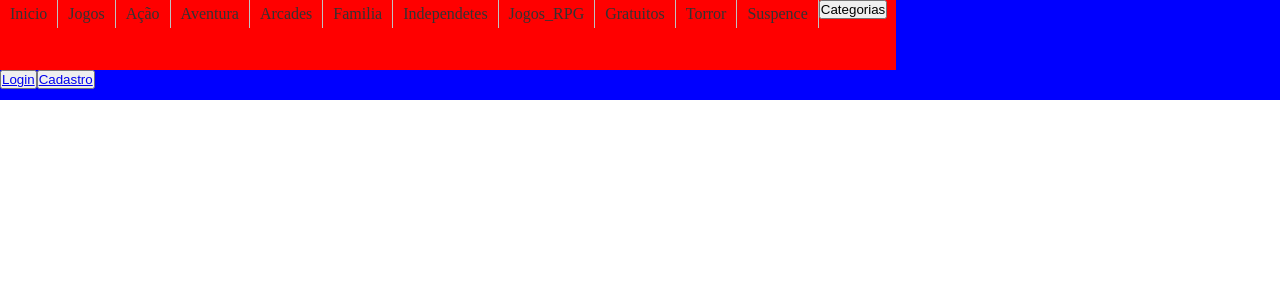
Repository: MarcoantonioCaldeira/Projeto-Go-Gamming
Page: /
These files come from the project's save history. The page is drawn as it stood at one moment and after the next save; the edit follows.
The browser window is 1280 px wide. The pictures show the whole page.
The project was rebuilt for these pictures with package versions that can differ from the ones it lists, and the page was loaded fresh each time. Also part of the build but not shown: src/pages/Inicio/estilo.css, src/pages/rodape/rodape.js, src/pages/Inicio/Inicio.js, src/pages/Jogos/Jogos.js, src/pages/Categorias/Acao.js, src/pages/Categorias/Aventura.js, src/pages/Categorias/Arcades.js, src/pages/Categorias/Familia.js and 7 more.

Above is the page before, as saved 2023-02-05 13:30:46.

After the next save:
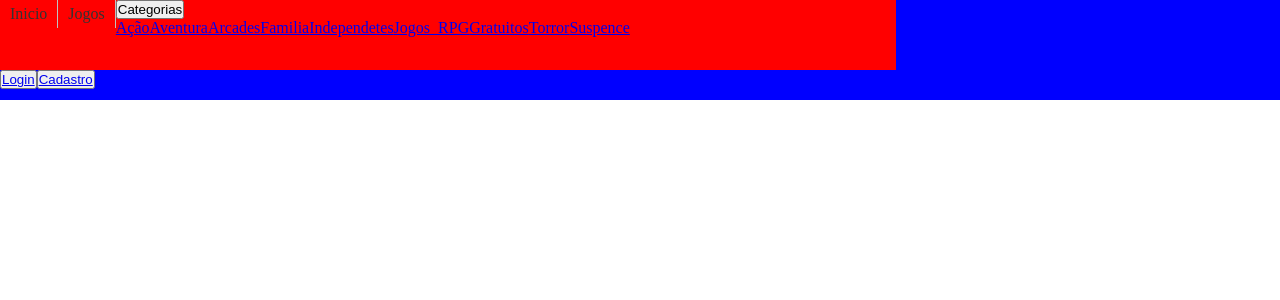
Saved 2 min 16 s later.
--- a/src/pages/Menu/Menu.js
+++ b/src/pages/Menu/Menu.js
@@ -14,16 +14,18 @@
               <Link to="./Jogos">Jogos</Link>
             </li>
             <div class="dropdown" >
-              <button>Categorias</button>
-                  <li><Link to="./Acao">Ação</Link></li>
-                  <li><Link to="./Aventura">Aventura</Link></li>
-                  <li><Link to="./Arcades">Arcades</Link></li>
-                  <li><Link to="./Familia">Familia</Link></li>
-                  <li><Link to="./Independentes">Independetes</Link></li>
-                  <li><Link to="./Jogos_RPG">Jogos_RPG</Link></li>
-                  <li><Link to="./Gratuitos">Gratuitos</Link></li>
-                  <li><Link to="./Terror">Torror</Link></li>
-                  <li><Link to="./Suspence">Suspence</Link></li>
+              <button class="dropbtn">Categorias</button>
+                  <div class="dropdown-content">
+                    <a><Link to="./Acao">Ação</Link></a>
+                    <a><Link to="./Aventura">Aventura</Link></a>
+                    <a><Link to="./Arcades">Arcades</Link></a>
+                    <a><Link to="./Familia">Familia</Link></a>
+                    <a><Link to="./Independentes">Independetes</Link></a>
+                    <a><Link to="./Jogos_RPG">Jogos_RPG</Link></a>
+                    <a><Link to="./Gratuitos">Gratuitos</Link></a>
+                    <a><Link to="./Terror">Torror</Link></a>
+                    <a><Link to="./Suspence">Suspence</Link></a>
+                  </div>
             </div>
           </ul>
           <button><Link to="./Login">Login</Link></button>
